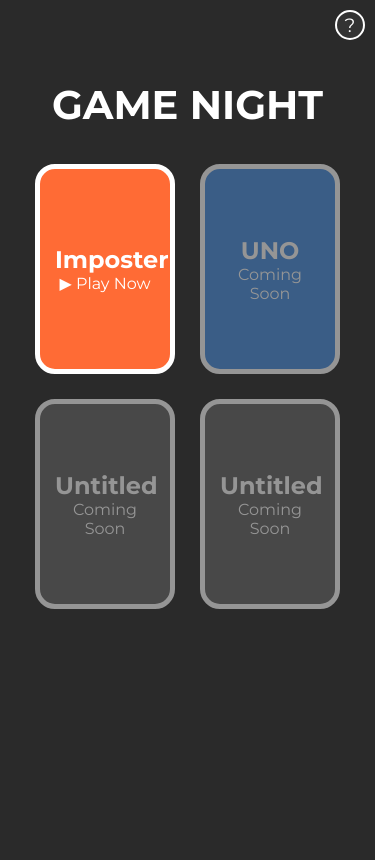
Repository: nfemmanuel/game-night-app
Page: /
These files come from the project's save history. The page is drawn as it stood at one moment and after the next save; the edit follows.
The browser window is 375 px wide. The pictures show the whole page.
An inner scrolling area shows only its first screen. The project was rebuilt for these pictures with package versions that can differ from the ones it lists, and the page was loaded fresh each time. Also part of the build but not shown: src/components/BackButton.jsx, src/pages/ImposterSetup.jsx, src/data/wordList.js, src/pages/ImposterReveal.jsx, src/pages/ImposterVoting.jsx.

Above is the page before, as saved 2025-12-31 18:27:40.

After the next save:
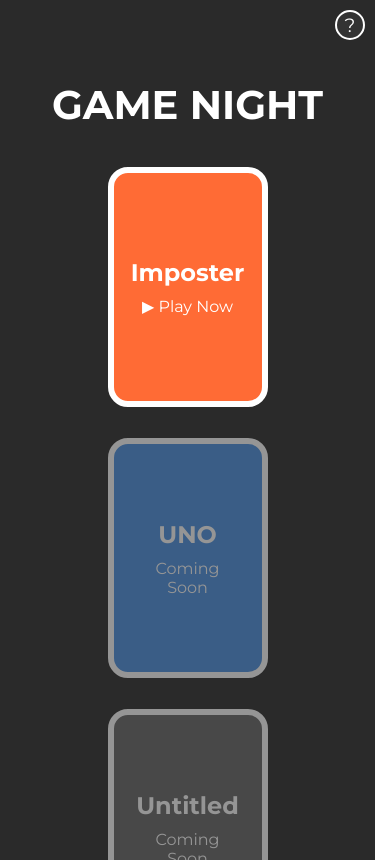
Saved 6 min 41 s later.
--- a/src/components/GameCard.module.css
+++ b/src/components/GameCard.module.css
@@ -10,6 +10,17 @@
     display: flex;
     flex-direction: column;
     justify-content: center;
+    align-items: center;
+}
+
+.card h2 {
+    font-size: 1.8rem;
+    margin: 0;
+}
+
+.card p {
+    font-size: 1.1rem;
+    margin: 10px 0 0 0;
 }
 
 .available {
@@ -53,22 +64,5 @@
         margin: 8px;
         border: 6px solid white;
     }
-}
 
-@media (max-width: 480px) {
-    .card {
-        width: 140px;
-        height: 210px;
-        padding: 15px;
-        margin: 5px;
-        border: 5px solid white;
-    }
-
-    .card h1 {
-        font-size: 1.3rem;
-    }
-
-    .card p {
-        font-size: 0.9rem;
-    }
-}
+    .card

After the save that followed:
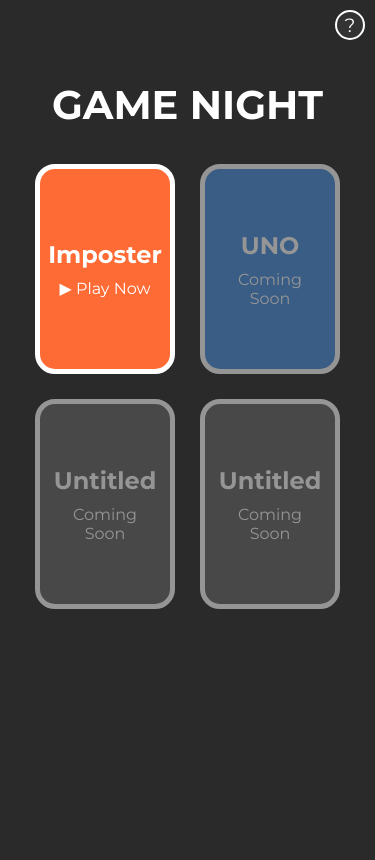
Saved 6 s later.
--- a/src/components/GameCard.module.css
+++ b/src/components/GameCard.module.css
@@ -65,4 +65,29 @@
         border: 6px solid white;
     }
 
-    .card
+    .card h2 {
+        font-size: 1.3rem;
+    }
+
+    .card p {
+        font-size: 0.9rem;
+    }
+}
+
+@media (max-width: 480px) {
+    .card {
+        width: 140px;
+        height: 210px;
+        padding: 15px;
+        margin: 5px;
+        border: 5px solid white;
+    }
+
+    .card h2 {
+        font-size: 1.1rem;
+    }
+
+    .card p {
+        font-size: 0.85rem;
+    }
+}
